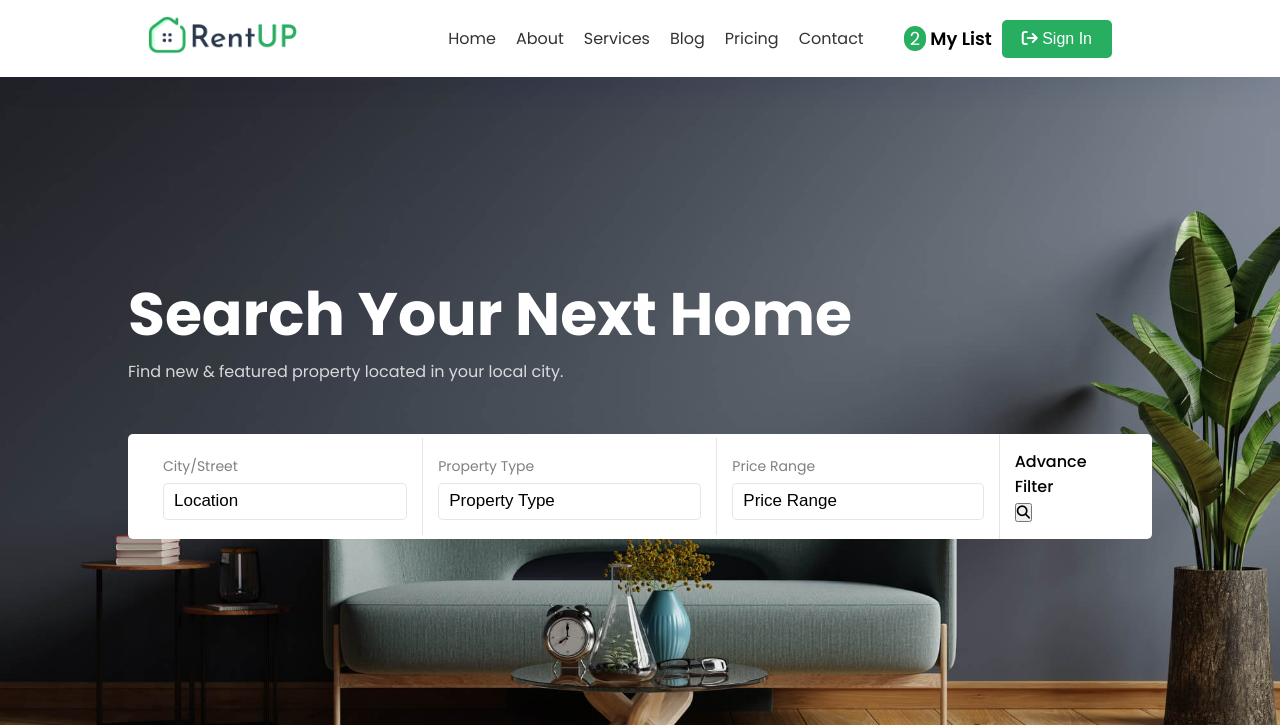
Repository: SahanChathura0730/EstateApp
Page: /
The author's editor kept a copy of each file at every save. The page is drawn from the files as they stood at one save, then again after the next save.
The browser window is 1280 px wide. The pictures show the whole page.
The project was rebuilt for these pictures with package versions that can differ from the ones it lists, and the page was loaded fresh each time. Also part of the build but not shown: vite.config.js, src/component/data/Data.jsx, src/index.css.

Above is the page before, as saved 2024-08-25 18:55:35.

After the next save:
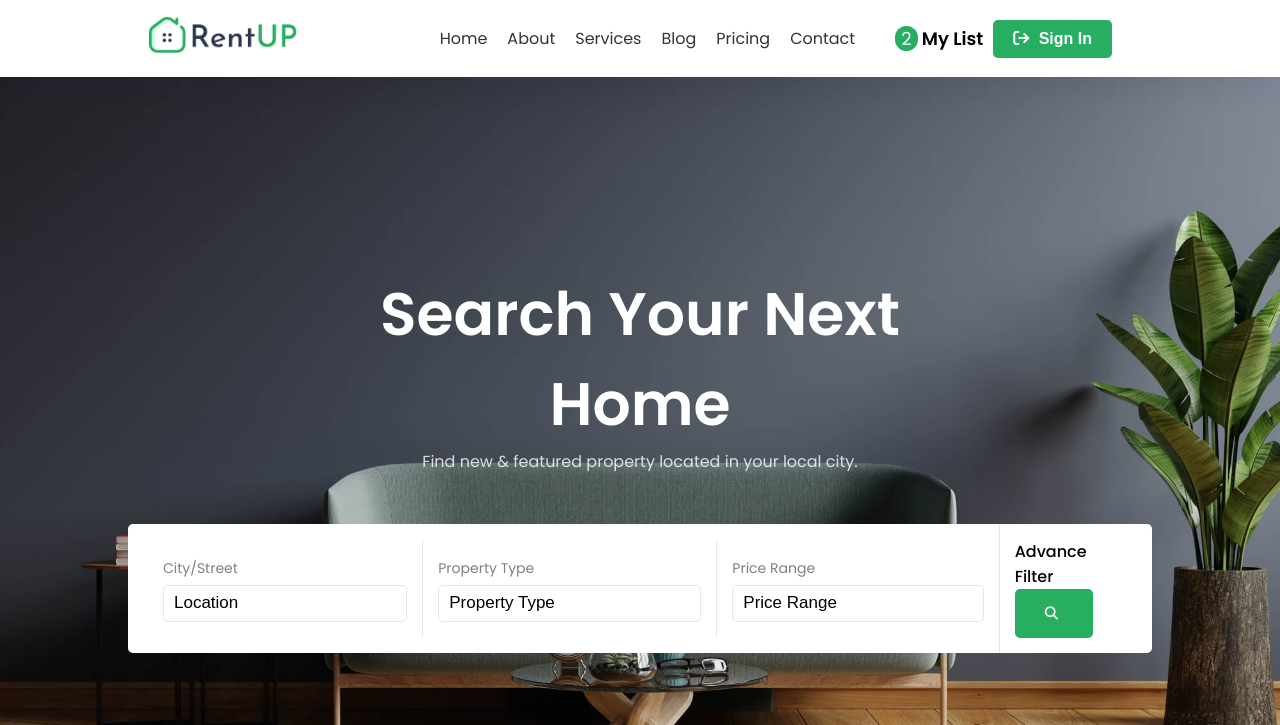
Saved 18 min 32 s later.
--- a/src/App.css
+++ b/src/App.css
@@ -24,3 +24,53 @@
   color: #000;
   text-transform: capitalize;
 }
+ul {
+  list-style-type: none;
+}
+button {
+  border-radius: 5px;
+  padding: 17px 30px;
+  background: #27ae60;
+  border: none;
+  color: #fff;
+  cursor: pointer;
+  font-weight: bold;
+}
+button i {
+  margin-right: 5px;
+}
+.heading {
+  text-align: center;
+  width: 60%;
+  margin: auto;
+}
+.heading h1 {
+  color: #2d3954;
+  font-weight: 600;
+  text-transform: capitalize;
+  font-size: 35px;
+}
+.heading p {
+  color: #72809d;
+}
+textarea,
+input {
+  border: none;
+  outline: none;
+  background: none;
+}
+.background {
+  padding: 80px 0;
+  position: relative;
+  background: #f7f9fc;
+}
+
+.grid5 {
+  display: grid;
+  grid-template-columns: repeat(5, 1fr);
+  grid-gap: 30px;
+}
+label {
+  color: #2d3954;
+  font-size: 14px;
+}
